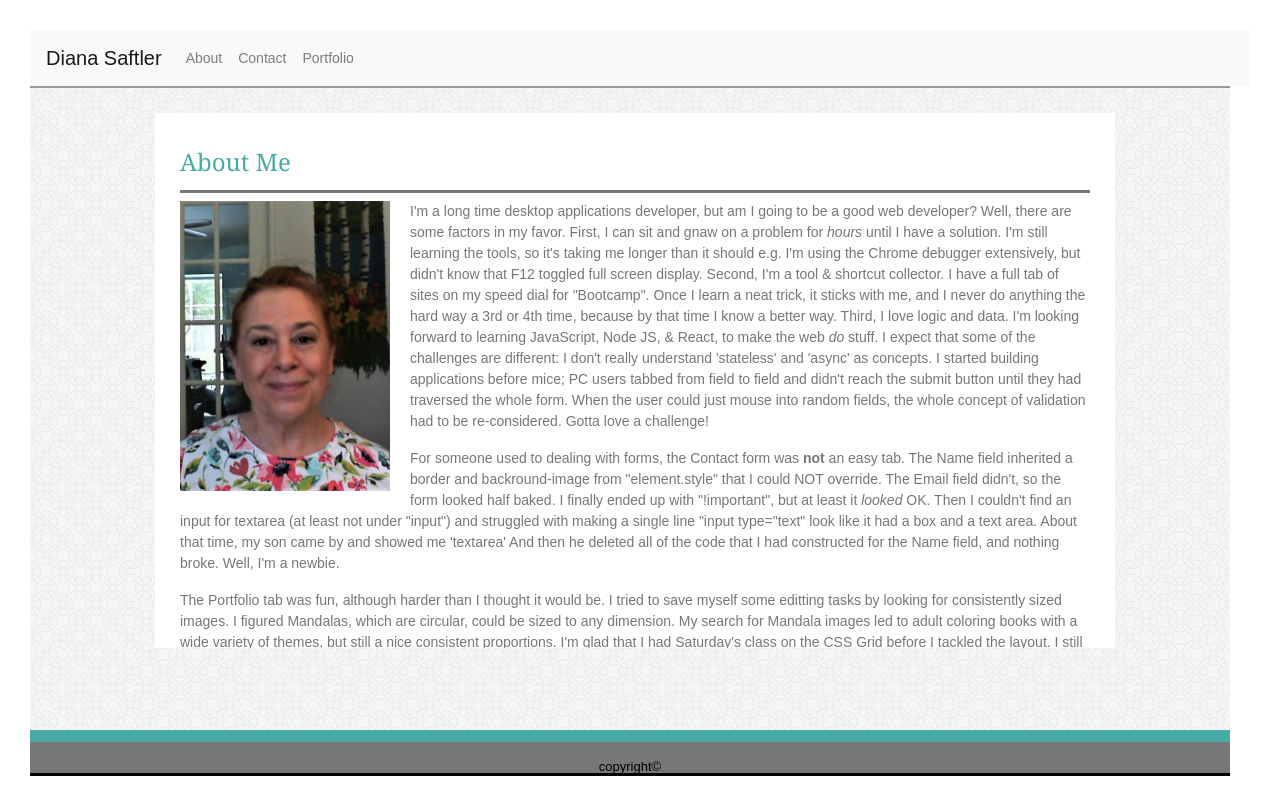
Repository: dsaftler/Bootstrap-Portfolio
Page: index.html
The author's editor kept a copy of each file at every save. The page is drawn from the files as they stood at one save, then again after the next save.
The browser window is 1280 px wide. The pictures show the whole page.
An inner scrolling area shows only its first screen.

Above is the page before, as saved 2019-03-20 17:26:43.

### index.html
<!DOCTYPE html>
<html lang="en">
<head>
    <title>Diana Saftler Portfolio</title>
    <meta name="viewport" content="width=device-width, initial-scale=1, shrink-to-fit=no">
    <link rel="stylesheet" href="https://maxcdn.bootstrapcdn.com/bootstrap/4.0.0/css/bootstrap.min.css" integrity="sha384-Gn5384xqQ1aoWXA+058RXPxPg6fy4IWvTNh0E263XmFcJlSAwiGgFAW/dAiS6JXm" crossorigin="anonymous">
    <link rel="stylesheet" href="assets/css/style.css">
    <link rel="icon" href="assets/images/Peony.jpg" type="image/jpg" sizes="16x16">
    <meta charset="UTD-8">
</head>
<body>

  <nav class="navbar navbar-expand-lg navbar-light bg-light" style="background-color: #4aaaa5;">
    <a class="navbar-brand" href="#">Diana Saftler</a>
    <div class="collapse navbar-collapse" id="navbarNavAltMarkup">
      <div class="navbar-nav">
        <a class="nav-item nav-link"  href="index.html">About</a>
        <a class="nav-item nav-link" href="contact.html">Contact</a>
        <a class="nav-item nav-link" href="portfolio.html">Portfolio</a>
      </div>
    </div>
  </nav>



        <!-- <ul>
            <li><a href="index.html">About</a></li>
            <li><a href="contact.html">Contact</a></li>
            <li><a href="portfolio.html">Portfolio</a></li>
        </ul> -->

    <div class="bg-pattern">
        <div class="center-panel">
                <h2>About Me</h2>
            <img class="image_about" src="assets/images/photo.jpg" alt="in my office">
            <p>I'm a long time desktop applications developer, but am I going to be a good web developer?  Well, there are some factors in my favor.  First, I can sit and gnaw on a problem for <em>hours</em> until I have a solution.  I'm still learning the tools, so it's taking me longer than it should e.g. I'm using the Chrome debugger extensively, but didn't know that F12 toggled full screen display. Second, I'm a tool & shortcut collector.  I have a full tab of sites on my speed dial for "Bootcamp".  Once I learn a neat trick, it sticks with me, and I never do anything the hard way a 3rd or 4th time, because by that time I know a better way.  Third, I love logic and data.  I'm looking forward to learning JavaScript, Node JS, & React, to make the web <em>do</em> stuff.  I expect that some of the challenges are different: I don't really understand 'stateless' and 'async' as concepts.  I started building applications before mice;  PC users tabbed from field to field and didn't reach the submit button until they had traversed the whole form.  When the user could just mouse into random fields, the whole concept of validation had to be re-considered. Gotta love a challenge!
            </p>
            <p>For someone used to dealing with forms, the Contact form was <strong>not</strong> an easy tab. The Name field inherited a border and backround-image from "element.style" that I could NOT override. The Email field didn't, so the form looked half baked.  I finally ended up with "!important", but at least it <em>looked</em> OK.  Then I couldn't find an input for textarea (at least not under "input") and struggled with making a single line "input type="text" look like it had a box and a text area.  About that time, my son came by and showed me 'textarea'  And then he deleted all of the code that I had constructed for the Name field, and nothing broke. Well, I'm a newbie. </p>
            <p>The Portfolio tab was fun, although harder than I thought it would be.  I tried to save myself some editting tasks by looking for consistently sized images.  I figured Mandalas, which are circular, could be sized to any dimension.  My search for Mandala images led to adult coloring books with a wide variety of themes, but still a nice consistent proportions. I'm glad that I had Saturday's class on the CSS Grid before I tackled the layout.  I still had trouble getting the images to wrap left, but once I got that solved  with 2 images, it was easy to do them all without even needing rows.  I also added hover, 'tool tips', and links to the full sized images.  Print some out and spend some time with your crayolas!</p>


        </div>
    </div>
    <footer>copyright&copy</footer>
</body>
</html>

### Assets/CSS/style.css
* {
    box-sizing: border-box;
}

body {
    font-size: 14px;
    font-family: Arial, "Helvetica Neue", Helvetica, sans-serif;
    background-color: #ffffff;
    padding: 30px;
    color:  #777777;

}
header{
    left: 80px;
    background-color: #ffffff;
    height: 25px;
    width: 1200px;
}
footer {
    color: black;
    font-size: small;
    text-align: center;
    padding: 15px;
    clear: both;
    background-color: #777777;
    height: 40px;
    width: 1200px;
    border-style: solid;
    border-top-color: #4aaaa5;
    border-top-width: 6px;
    border-left-width: 0;
    border-right-width: 0;
}
p {
    padding: 0 0 10 0;
}

.bg-pattern {
    clear: both;
  /* margin-top: 40px; */
  padding: 50px;
  padding-top: 5px;
  /* background-color: #b1f3f3;  */
  height: 650px;
  width: 1200px;

  background-image: url("../images/circles-light.png");
  border-style: solid;
  border-top-color: #999a9b;
  border-top-width: 2px;
  border-left-width: 0;
  border-right-width: 0;
  border-bottom-color: #4aaaa5;
  border-bottom-width: 6px;

}

.center-panel {
    clear: both;
    display: inline-block;
    /* position: absolute; */
    top: 150px;
    right: 0;
    bottom: 0;
    left: 0;
    margin-left: 75px;
    margin-top: 20px;
    width: 960px;
    height: 535px;
    background-color: #ffffff;
    padding: 25px;
    overflow: auto;
    z-index: 1;

}

ul {
    list-style-type: none;
    margin: 0;
    padding: 0;
}

li a {
    display: block;
    width: 60 px;
}



ul {
    list-style-type: none;
    margin: 0;
    padding: 0;
    float: right;
    width: 175px;
}

li { display: inline-block; }

li a {
    color: #777777;
    text-decoration: none;
    padding: 5px;
}

li a:hover {
    background-color: #4aaaa5;
    color: white;

}
h1, h2 {font-family: Georgia, Times, "Times New Roman", serif;}
h1 {
    float: left;
    box-shadow: 10px 0px 0px 0px #4aaaa5, -10px 0px 0px 0px #4aaaa5;

    height: 65px;
    /* width: 200px; */

    top: 0;
    margin: 0;
    margin-left: 135px;

    background-color: #4aaaa5;
    color: white;
    font-size: 30px;
    text-align: center;
    padding: 10px 0;
    /* padding: 10px; */
}

h2 {
    font-size: 24px;
    margin-top: 10px;
    color: #4aaaa5;
    padding-bottom: 13px;
    border-bottom: 3px solid #777777;
}
h4 { margin: 3px}


.image_about {
    float: left;
    padding-right: 20px;
    padding-bottom: 20px;
    width: 230px;
    height: 310px;
}

input[type="text"] {
    width : 450px;
    margin: 0;
    padding: 2px;
    padding-left: 10px;
    -webkit-box-sizing: border-box; /* For legacy WebKit based browsers */
       -moz-box-sizing: border-box; /* For legacy (Firefox <29) Gecko based browsers */
            box-sizing: border-box;
}

.textbox {
    border:1px solid  #777777;
    padding: 10px;
    width: 650;
    height: 175px;
    font-size: 13.33px;
    font-family: Arial, Helvetica, sans-serif;
}
.submit {
    display: block;
    width: 60px;
    height: 29px;
    background-color: #4aaaa5;
    color: #ffffff;
    font-weight: bold;
}
.portfolio {
    max-width:100%;
    max-height: 100%
   }
.content {
    padding: 6px;
    float: left;
}

.row {
    margin: 0;
    height: 225px;
}
.row,
.row > .column {
    padding: 5 px;
}
.col {
   float:left;
    height: 225px;
     width: 25%;
     margin: 0;
}
.row:after {
    content: "";
    display: table;
    clear: both;
}
.gallery {
    border: 2px solid #4aaaa5;
    padding: 10px;
    height: 200px;
    width: 200px;
}
.gallery:hover {
    border-color: #06faee;
}
.box {
    height:150px;
    border: solid;
    border-width: 1px;

}
/* portfolio page */

.work {
    position: relative;
    float: left;
    width: 274px;
    margin: 20px 0 25px;
    overflow: auto;
  }

  .work:nth-child(even) {
    margin-right: 40px;
  }

  .work img {
    width: 100%;
    border: 0 none;
    opacity: 0.8;
  }

  .work h3 {
    position: absolute;
    bottom: 20px;
    width: 100%;
    padding: 15px;
    margin-bottom: 0;
    font-weight: 300;
    line-height: 30px;
    color: #ffffff;
    text-align: center;
    background: #4aaaa5;
    border-bottom: 0;
  }

  .auth-image {
    float: left;
    width: 200px;
    height: auto;
    margin-top: 10px;
    margin-right: 25px;
  }
  #masthead {
    position: fixed;
    z-index: 99;
    width: 100%;
    margin: 0 0 30px;
    overflow: auto;
    color: #ffffff;
    background: #ffffff;
    border-bottom: 2px solid #cccccc;
  }

  #logo {
    float: left;
    width: 250px;
    height: 90px;
    font-family: Georgia, Times, "Times New Roman", serif;
    font-size: 30px;
    font-weight: 700;
    line-height: 90px;
    color: #ffffff;
    text-align: center;
    text-decoration: none;
    background: #4aaaa5;
  }
  #main-container {
    padding-top: 130px;
    min-height: calc(100vh - 70px);
  }

  .main-section {
    float: left;
    width: 100%;
    max-width: 960px;
    padding: 30px;
    margin: 0 0 40px;
    background: #ffffff;
    border: 1px solid #dddddd;
  }

After the next save:
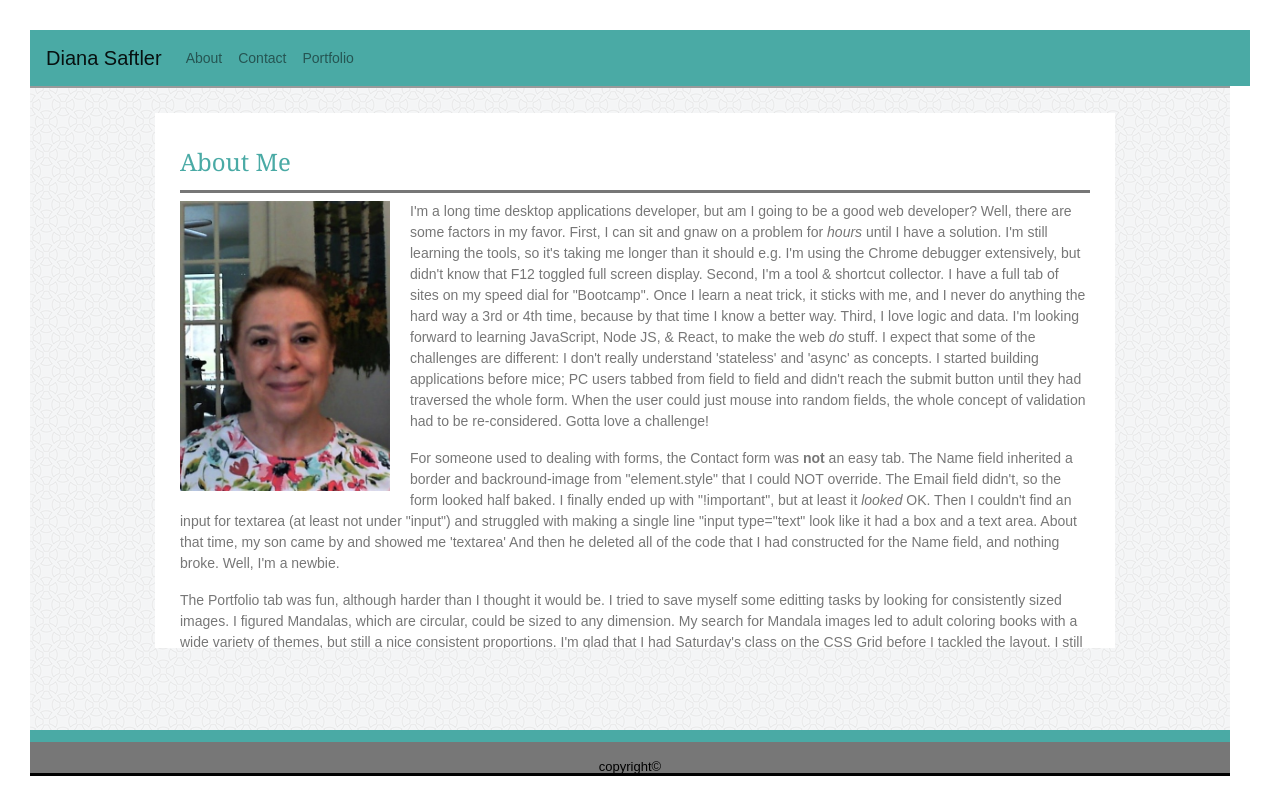
Saved 117 s later.
--- a/index.html
+++ b/index.html
@@ -10,7 +10,7 @@
 </head>
 <body>
 
-  <nav class="navbar navbar-expand-lg navbar-light bg-light" style="background-color: #4aaaa5;">
+  <nav class="navbar navbar-expand-lg navbar-light" style="background-color: #4aaaa5;">
     <a class="navbar-brand" href="#">Diana Saftler</a>
     <div class="collapse navbar-collapse" id="navbarNavAltMarkup">
       <div class="navbar-nav">
